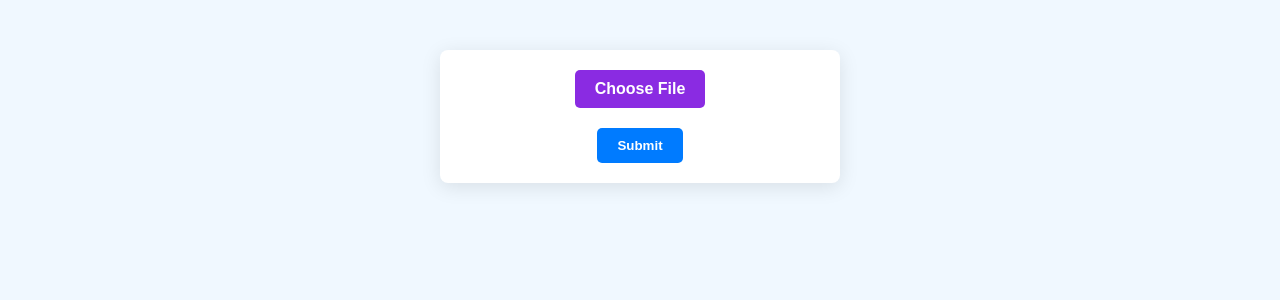
Repository: Muskan1Kumari4draw/React-app-with-concept
Page: /
These files come from the project's save history. The page is drawn as it stood at one moment and after the next save; the edit follows.
The browser window is 1280 px wide. The pictures show the whole page.
The project was rebuilt for these pictures with package versions that can differ from the ones it lists, and the page was loaded fresh each time.

Above is the page before, as saved 2024-10-22 11:41:48.

### src/App.js
import React from "react";
// import Restaurant from "./component/Basic/Restaurant";

// import UseState from "./component/Hooke/useState";
// import UseEffect from "./component/Hooke/UseEffect";
import FileUpload from "./component/File-upload/FileUpload";
// import Restaurant from "./component/Basic/Restaurant";
// import Navbar from "./component/Basic/Navbar";
const App = () => {
  return (
    <>
      <FileUpload />
      {/* <Restaurant /> */}
      {/* <UseState className="Use" /> */}
      {/* <UseEffect className="Use" /> */}
    </>
  );
};

export default App;

### src/component/File-upload/FileUpload.js
import React from "react";
import "./style.css";

const FileUpload = () => {
  return (
    <>
      <div className="container">
        <form className="form-control">
          <label className="label" htmlFor="file">
            Choose File
          </label>
          <input
            className="form-control input"
            type="file"
            id="file"
            name="file"
          />
          <button type="submit">Submit</button>
        </form>
      </div>
    </>
  );
};

export default FileUpload;

### src/component/File-upload/style.css
* {
  margin: 0;
  padding: 0;
  box-sizing: border-box;
}

body {
  font-family: Arial, sans-serif;
  background-color: #f0f8ff;
}

.container {
  width: 100%;
  max-width: 400px;
  margin: 50px auto;
  padding: 20px;
  border-radius: 8px;
  box-shadow: 0 4px 20px rgba(0, 0, 0, 0.1);
  background-color: #ffffff;
}

.form-control {
  display: flex;
  flex-direction: column;
  align-items: center;
}

input[type="file"] {
  display: none;
}

.label {
  display: inline-block;
  padding: 10px 20px;
  background-color: blueviolet;
  color: white;
  border-radius: 5px;
  cursor: pointer;
  font-weight: bold;
  transition: background-color 0.3s ease;
}

.label:hover {
  background-color: darkviolet;
}

button {
  margin-top: 20px;
  padding: 10px 20px;
  border: none;
  border-radius: 5px;
  background-color: #007bff;
  color: white;
  font-weight: bold;
  cursor: pointer;
  transition: background-color 0.3s ease;
}

button:hover {
  background-color: #0056b3;
}

Loaded but not shown: public/index.html (common file); src/index.js (common file); src/reportWebVitals.js (common file)

After the next save:
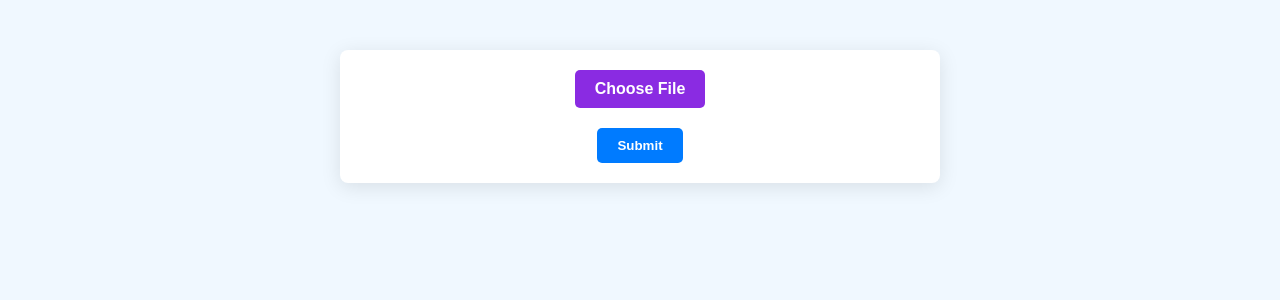
Saved 10 s later.
--- a/src/component/File-upload/style.css
+++ b/src/component/File-upload/style.css
@@ -11,7 +11,7 @@ body {
 
 .container {
   width: 100%;
-  max-width: 400px;
+  max-width: 600px;
   margin: 50px auto;
   padding: 20px;
   border-radius: 8px;
